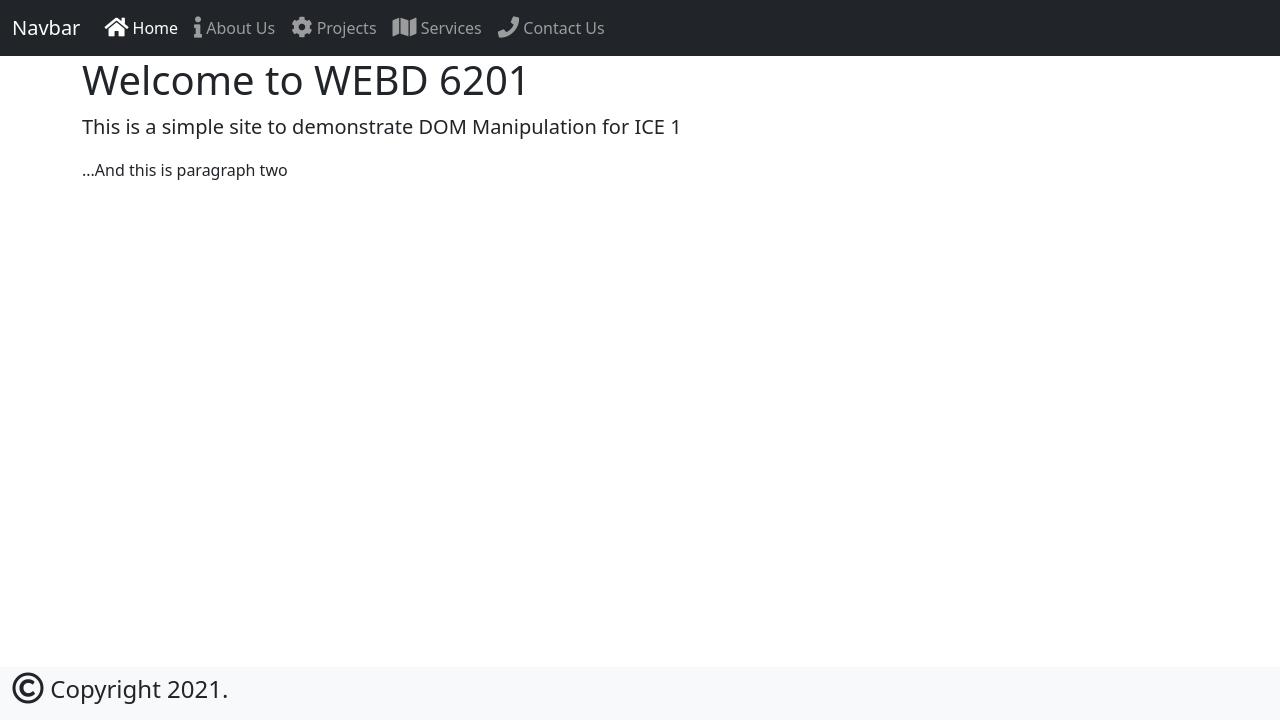
Repository: aphim/Webd6201-wk3
Page: index.html
The author's editor kept a copy of each file at every save. The page is drawn from the files as they stood at one save, then again after the next save.
The browser window is 1280 px wide. The pictures show the whole page.

Above is the page before, as saved 2021-01-20 09:51:56.

After the next save:
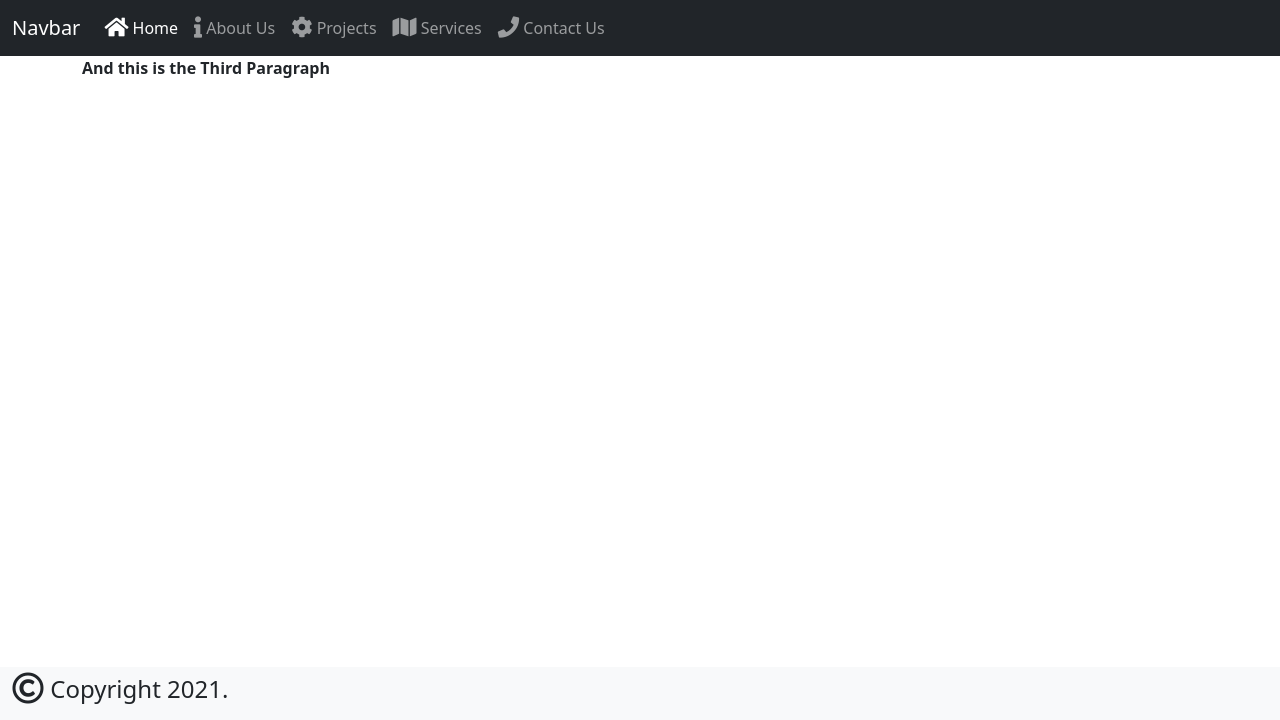
Saved 3 min 46 s later.
--- a/Scripts/app.js
+++ b/Scripts/app.js
@@ -32,13 +32,18 @@
         //step 2. configure element
         newParagraph.setAttribute("id", "paragraphTwo");
         newParagraph.textContent = "...And this is paragraph two";
-
         //Step 3. select the parent element
         let mainContent = document.getElementsByTagName("main")[0];
         //step 4. Add/insert the element
         mainContent.appendChild(newParagraph);
 
         newParagraph.className = "fs-6";
+
+        //////another way to add an element ///////
+        let paragraphThree =`<p class="fs-7 fw-bold">And this is the Third Paragraph</p>`;
+
+        mainContent.innerHTML = paragraphThree;
+
     }
 
 

After the save that followed:
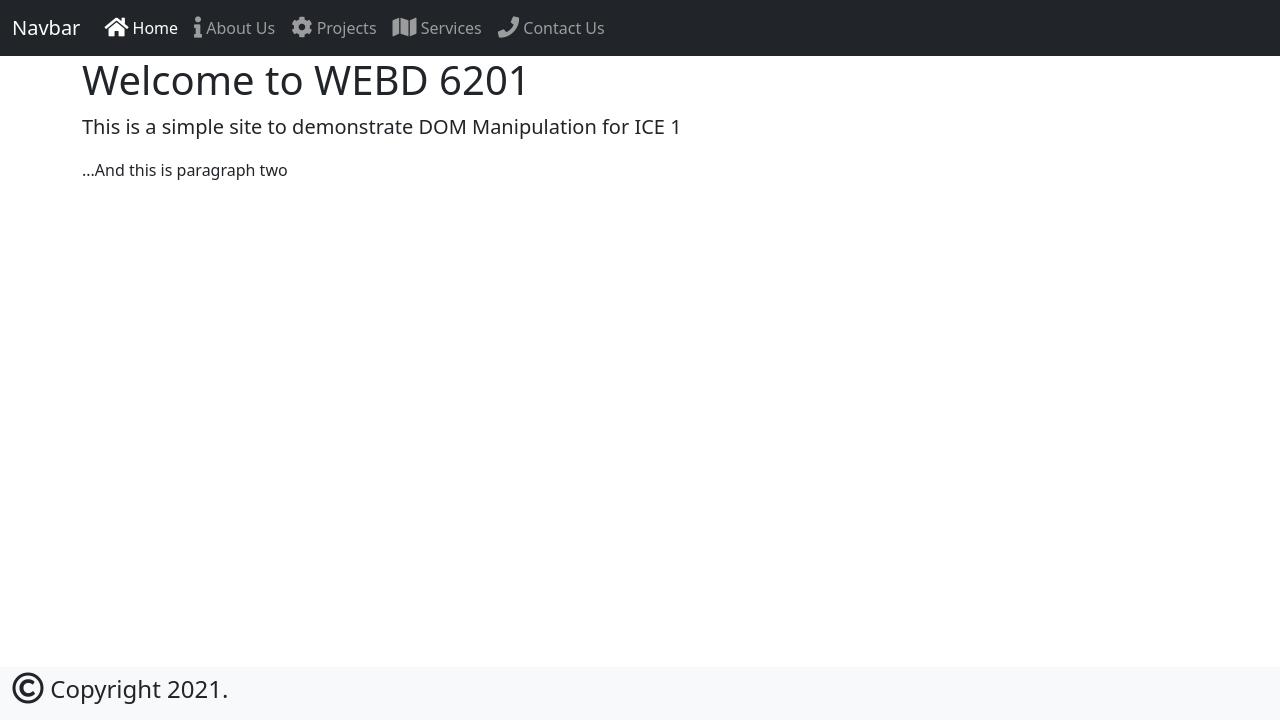
Saved 2 min 28 s later.
--- a/Scripts/app.js
+++ b/Scripts/app.js
@@ -40,9 +40,8 @@
         newParagraph.className = "fs-6";
 
         //////another way to add an element ///////
-        let paragraphThree =`<p class="fs-7 fw-bold">And this is the Third Paragraph</p>`;
-
-        mainContent.innerHTML = paragraphThree;
+        //let paragraphThree =`<p class="fs-7 fw-bold">And this is the Third Paragraph</p>`;
+        //mainContent.innerHTML = paragraphThree;
 
     }
 
